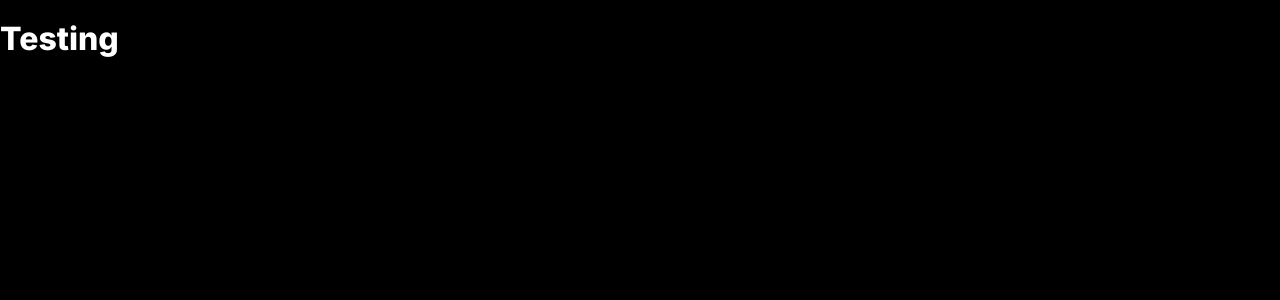
Repository: al-XLeMEsTRE/Around-The-U.S
Page: index.html
The author's editor kept a copy of each file at every save. The page is drawn from the files as they stood at one save, then again after the next save.
The browser window is 1280 px wide. The pictures show the whole page.

Above is the page before, as saved 2023-12-12 11:46:19.

After the next save:
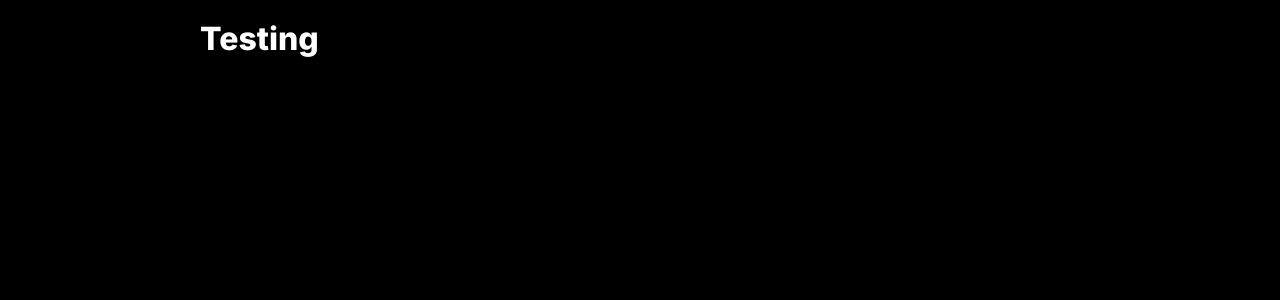
Saved 89 s later.
--- a/blocks/page.css
+++ b/blocks/page.css
@@ -3,3 +3,8 @@
   background-color: black;
   color: white;
 }
+
+.content {
+  margin-left: 200px;
+  margin-right: 200px;
+}
